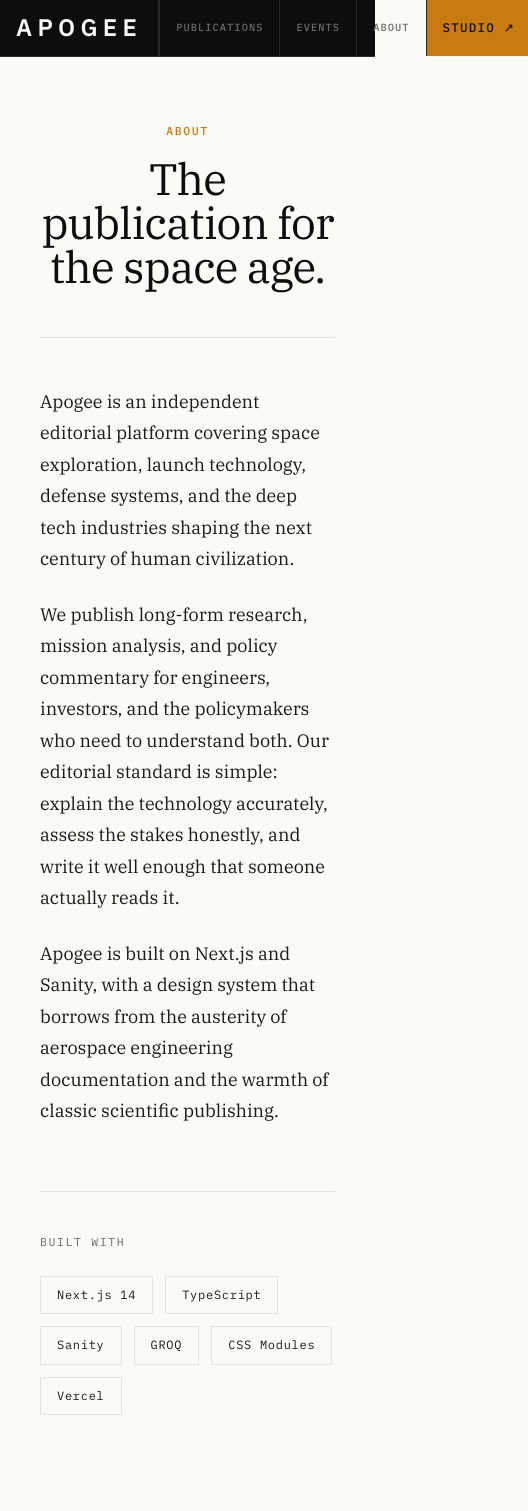
Repository: aricmoore/apogee
Page: /about
An editor plug-in stored every save of this project. The page is shown before and after the next save, followed by the edit.
The browser window is 375 px wide. The page is 528 px wide, then 375 px, so the pictures cover 528 px, including what lies to the right of the window. The pictures show the whole page.
The project was rebuilt for these pictures with package versions that can differ from the ones it lists, and the page was loaded fresh each time. The framework's server and built-in components were replaced by stand-ins that run in the browser. Also part of the build but not shown: next.config.ts.

Above is the page before, as saved 2026-04-12 20:42:12.

After the next save:
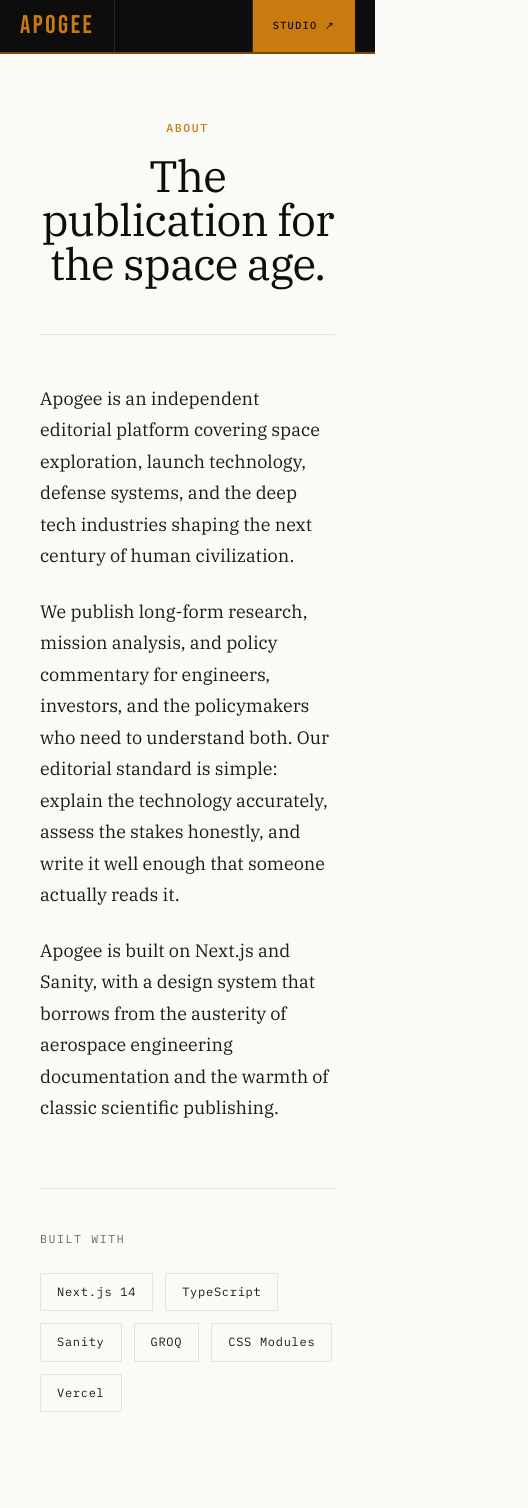
Saved 5 s later.
--- a/src/components/Nav.module.css
+++ b/src/components/Nav.module.css
@@ -3,7 +3,7 @@
   top: 0;
   z-index: 100;
   background: var(--black);
-  border-bottom: 1px solid #2a2a2a;
+  border-bottom: 2px solid var(--amber-dim);
 }
 
 .inner {
@@ -13,36 +13,24 @@
   min-height: 56px;
   max-width: var(--max-w);
   margin: 0 auto;
-  padding: 0 var(--space-8);
+  padding: 0 var(--space-10);
 }
 
 .wordmark {
   display: flex;
   align-items: center;
-  gap: var(--space-4);
-  font-family: var(--font-sans);
-  font-size: 0.8rem;
-  font-weight: 600;
-  letter-spacing: 0.22em;
-  text-transform: uppercase;
-  color: var(--white);
+  font-family: var(--font-display);
+  font-size: 2.2rem;
+  letter-spacing: 0.1em;
+  color: var(--amber);
   padding-right: var(--space-10);
   border-right: 1px solid #2a2a2a;
   transition: color 0.15s;
+  line-height: 1;
+  white-space: nowrap;
 }
 
 .wordmark:hover { color: var(--amber-light); }
-
-.tagline {
-  font-family: var(--font-mono);
-  font-size: 0.62rem;
-  font-weight: 400;
-  letter-spacing: 0.1em;
-  text-transform: uppercase;
-  color: var(--muted);
-  padding-left: var(--space-4);
-  border-left: 1px solid #2a2a2a;
-}
 
 .links {
   display: flex;
@@ -53,9 +41,9 @@
   display: flex;
   align-items: center;
   font-family: var(--font-mono);
-  font-size: 0.78rem;
+  font-size: 0.72rem;
   font-weight: 500;
-  letter-spacing: 0.1em;
+  letter-spacing: 0.12em;
   text-transform: uppercase;
   color: var(--muted);
   padding: 0 var(--space-8);
@@ -70,13 +58,13 @@
   display: flex;
   align-items: center;
   font-family: var(--font-mono);
-  font-size: 0.78rem;
+  font-size: 0.72rem;
   font-weight: 500;
-  letter-spacing: 0.1em;
+  letter-spacing: 0.12em;
   text-transform: uppercase;
   color: var(--black);
   background: var(--amber);
-  padding: 0 var(--space-8);
+  padding: 0 var(--space-6);
   border-left: 1px solid #2a2a2a;
   transition: background 0.15s;
   white-space: nowrap;
@@ -84,13 +72,25 @@
 
 .studio:hover { background: var(--amber-light); }
 
-@media (max-width: 768px) {
-  .tagline { display: none; }
-  .link { padding: 0 var(--space-4); font-size: 0.65rem; }
+/* Tablet */
+@media (max-width: 900px) {
+  .inner { padding: 0 var(--space-6); }
+  .link { padding: 0 var(--space-5); font-size: 0.66rem; }
   .studio { padding: 0 var(--space-4); }
+  .wordmark { font-size: 1.8rem; padding-right: var(--space-6); }
 }
 
-@media (max-width: 500px) {
-  .inner { padding: 0 var(--space-4); }
-  .wordmark { font-size: 1.5rem; padding-right: var(--space-4); }
+/* Mobile — hide text links, keep wordmark + studio only */
+@media (max-width: 600px) {
+  .inner { padding: 0 var(--space-5); min-height: 52px; }
+  .wordmark {
+    font-size: 1.6rem;
+    padding-right: var(--space-5);
+    border-right: 1px solid #2a2a2a;
+  }
+  .link { display: none; }
+  .studio {
+    padding: 0 var(--space-5);
+    font-size: 0.65rem;
+  }
 }
